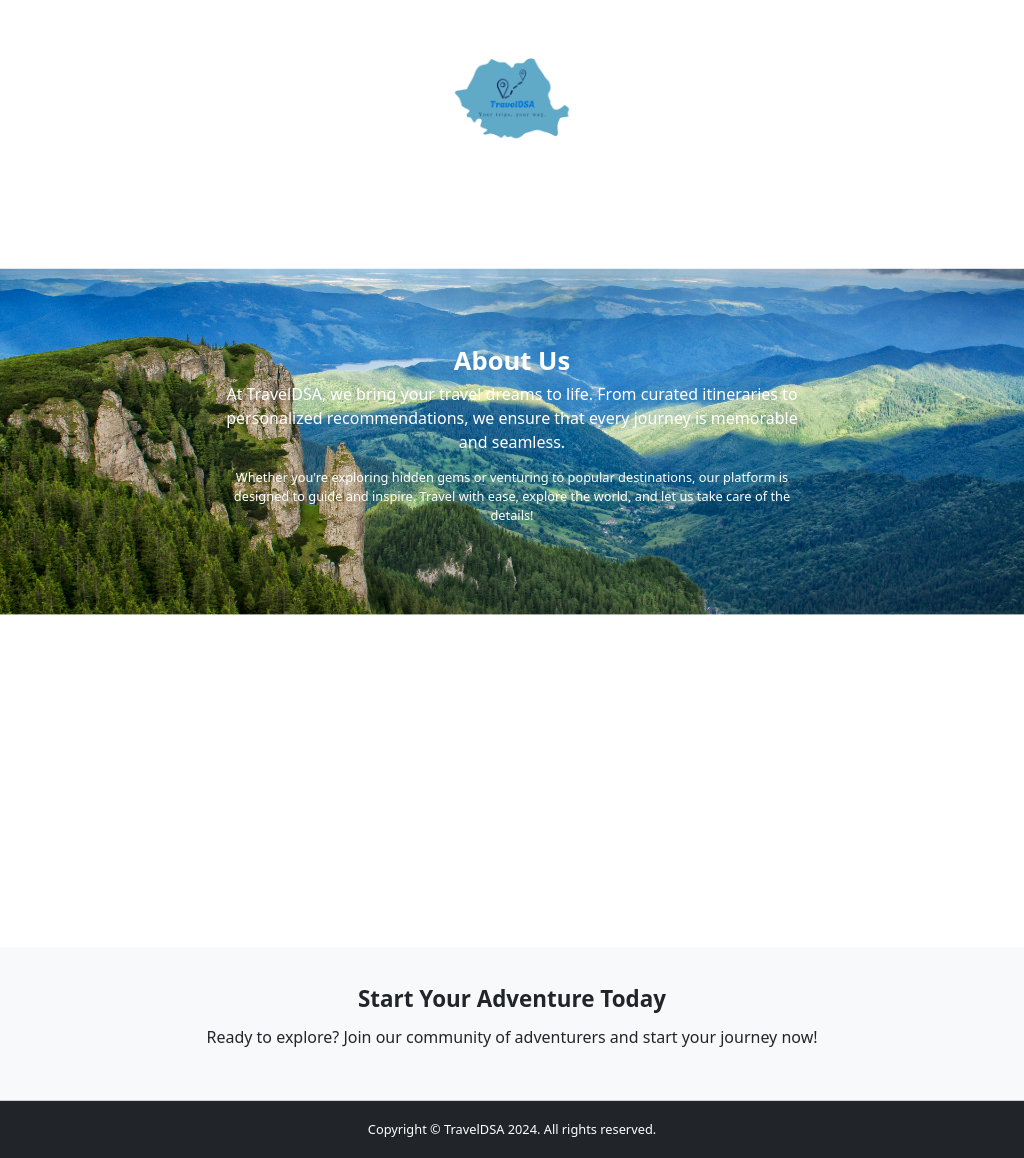
Repository: bettowww/TravelDSA
Page: /home
The author's editor kept a copy of each file at every save. The page is drawn from the files as they stood at one save, then again after the next save.
The browser window is 1280 px wide. The pictures show the whole page, at 80% of full size.
The project was rebuilt for these pictures with package versions that can differ from the ones it lists, and the page was loaded fresh each time. The framework's server and built-in components were replaced by stand-ins that run in the browser. Also part of the build but not shown: next.config.mjs.

Above is the page before, as saved 2024-12-10 13:42:51.

### app/home/page.jsx
"use client";

// import React, { useState } from "react";
// import { useRouter } from "next/navigation";

import "../../styles/home.css"; // Importă stilurile CSS
import "bootstrap/dist/css/bootstrap.min.css"; // Import Bootstrap CSS

const HomePage = () => {
  // const router = useRouter(); // Pentru navigare

  return (
    <div>
      {/* Header Section */}
      <header>
        <div className="text-center my-5">
          <img
            className="img-fluid rounded-circle mb-4"
            src="/pictures/logo.png"
            alt="Company Logo"
            style={{ width: "150px", height: "150px" }}
          />
          <h1 className="text-white fs-3 fw-bolder">Welcome to TravelDSA</h1>
          <p className="text-white-50 mb-0">
            Your trusted travel companion for exploring the world.
          </p>
        </div>
      </header>

      {/* About Us Section */}
      <section
        className="py-5 about-us-section"
        style={{
          backgroundImage: `url("/pictures/homepage.jpg")`,
          backgroundSize: "cover",
          backgroundPosition: "center",
          backgroundRepeat: "no-repeat",
          color: "#fff",
        }}
      >
        <div className="container my-5">
          <div className="row justify-content-center">
            <div className="col-lg-8 text-center">
              <h2 className="fw-bold">About Us</h2>
              <p className="lead">
                At TravelDSA, we bring your travel dreams to life. From curated
                itineraries to personalized recommendations, we ensure that
                every journey is memorable and seamless.
              </p>
              <p>
                Whether you're exploring hidden gems or venturing to popular
                destinations, our platform is designed to guide and inspire.
                Travel with ease, explore the world, and let us take care of the
                details!
              </p>
            </div>
          </div>
        </div>
      </section>

      {/* Image Showcase Section */}
      <div
        className="py-5 bg-image-full"
        style={{
          backgroundImage: "/pictures/homepage.jpg",
        }}
      >
        <div style={{ height: "20rem" }}></div>
      </div>

      {/* Call to Action Section */}
      <section className="py-5 bg-light">
        <div className="container text-center">
          <h3 className="fw-bold mb-3">Start Your Adventure Today</h3>
          <p className="lead">
            Ready to explore? Join our community of adventurers and start your
            journey now!
          </p>
        </div>
      </section>

      {/* Footer */}
      <footer className="py-4 bg-dark">
        <div className="container">
          <p className="m-0 text-center text-white">
            Copyright &copy; TravelDSA 2024. All rights reserved.
          </p>
        </div>
      </footer>
    </div>
  );
};

export default HomePage;

Loaded but not shown: styles/home.css (library)

After the next save:
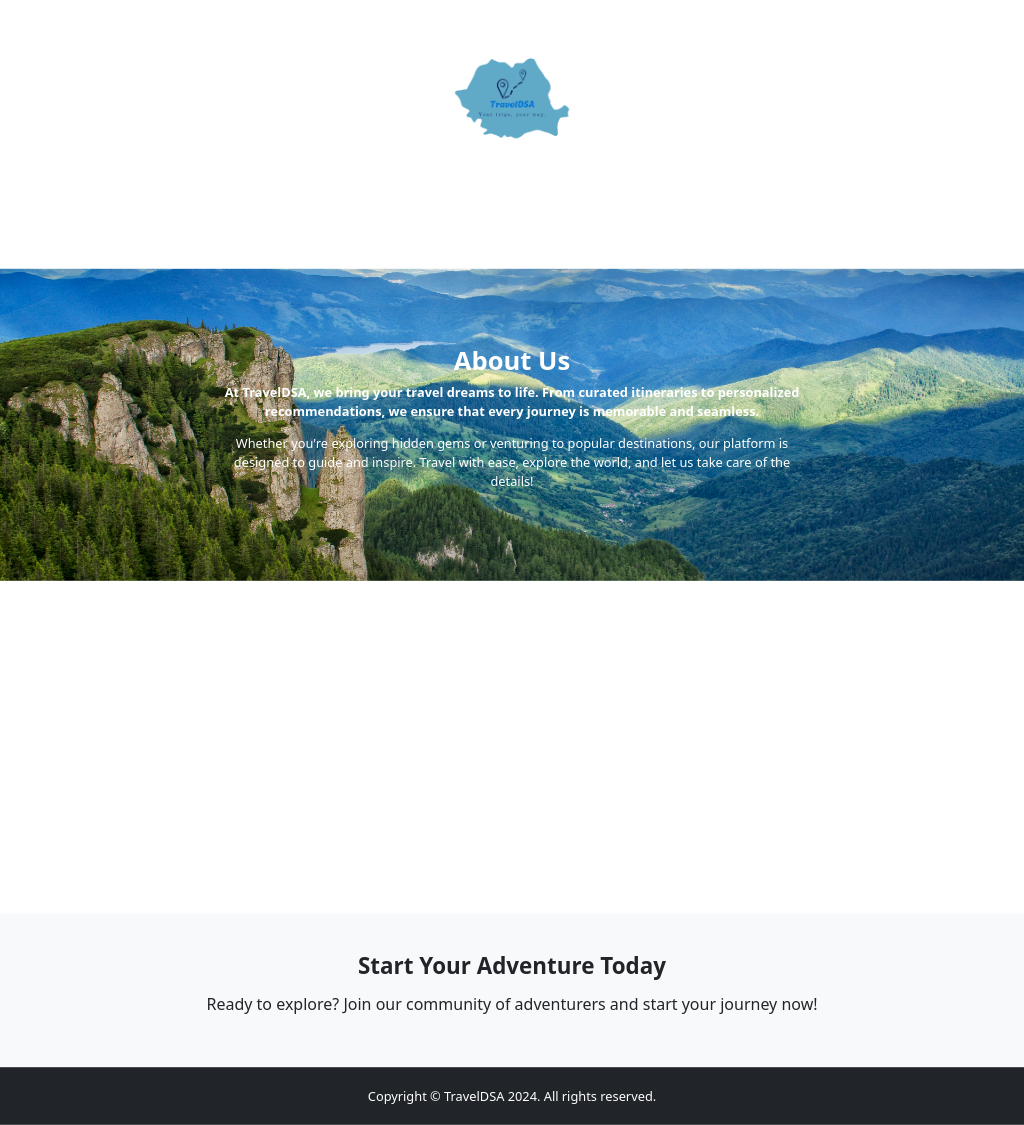
Saved 52 s later.
--- a/app/home/page.jsx
+++ b/app/home/page.jsx
@@ -42,7 +42,7 @@ const HomePage = () => {
           <div className="row justify-content-center">
             <div className="col-lg-8 text-center">
               <h2 className="fw-bold">About Us</h2>
-              <p className="lead">
+              <p className="fw-bold">
                 At TravelDSA, we bring your travel dreams to life. From curated
                 itineraries to personalized recommendations, we ensure that
                 every journey is memorable and seamless.
